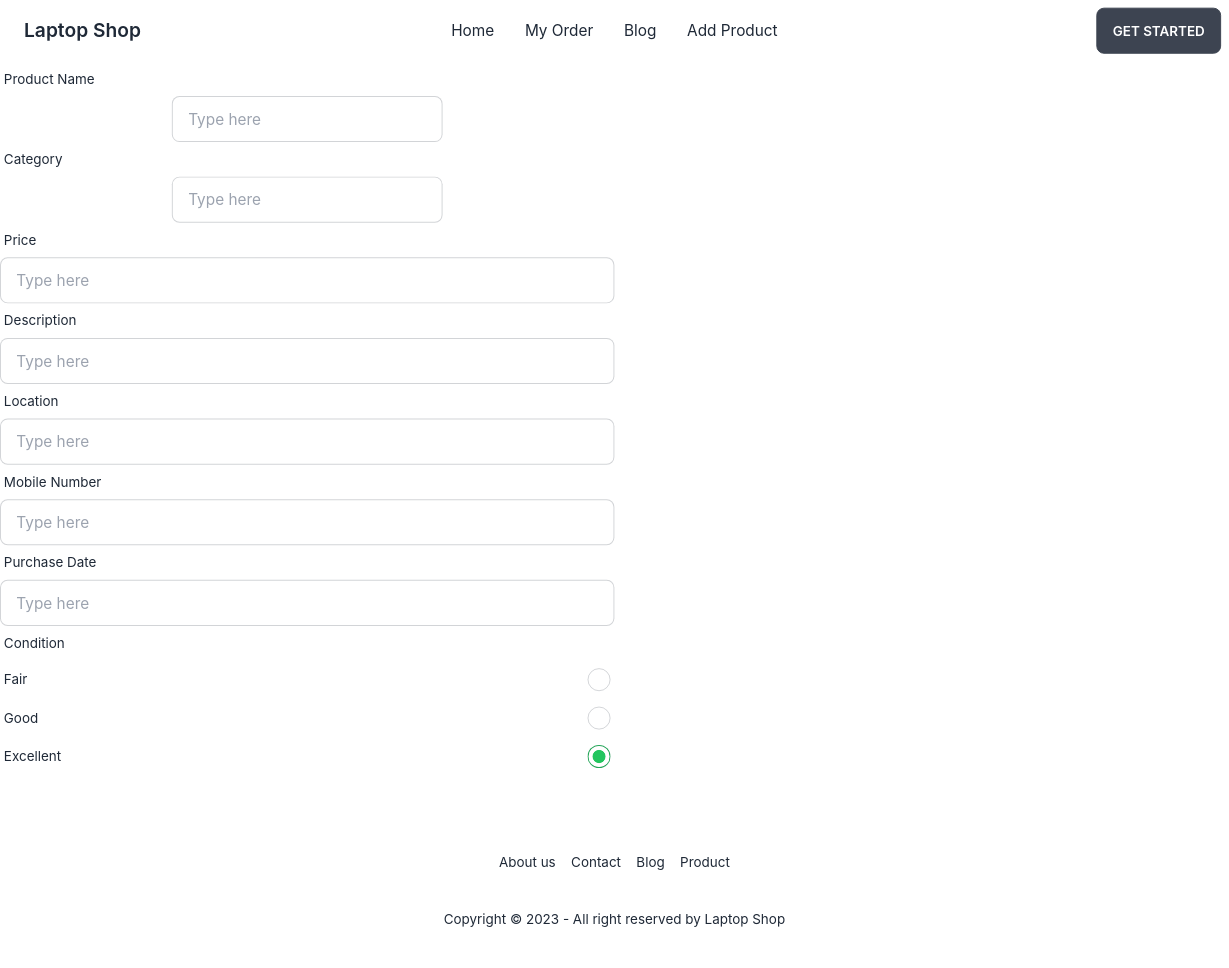
Repository: mdsajib50/E-commerce
Page: /add-product
An editor plug-in stored every save of this project. The page is shown before and after the next save, followed by the edit.
The browser window is 1280 px wide. The pictures show the whole page, at 96% of full size.
The project was rebuilt for these pictures with package versions that can differ from the ones it lists, and the page was loaded fresh each time. Also part of the build but not shown: src/Pages/Home/Banner/Banner.js, src/Pages/Home/Product/ProductCard.js, src/Pages/Home/Product/Product.js, src/Pages/Home/Home/Home.js.

Above is the page before, as saved 2023-01-11 23:11:25.

### src/App.js
import logo from './logo.svg';
import './App.css';
import { RouterProvider } from 'react-router';
import router from './Routes/Router';

function App() {
  return (
    <div className="App">
        <RouterProvider router={router}></RouterProvider>
    </div>
  );
}

export default App;

### src/Routes/Router.js
import React from 'react';
import { createBrowserRouter } from 'react-router-dom';
import Main from '../Layout/Main/Main';
import AddProduct from '../Pages/AddProduct/AddProduct';
import Home from '../Pages/Home/Home/Home';

const router = createBrowserRouter([
    {
        path: '/',
        element: <Main></Main>,
        children:[
            {
                path:'/',
                element:<Home></Home>
            },
            {
                path:'/home',
                element:<Home></Home>
            },
            {
                path: '/add-product',
                element: <AddProduct></AddProduct>
            }
        ]
    }
])

export default router;

### src/Layout/Main/Main.js
import React from 'react';
import { Outlet } from 'react-router';
import Footer from '../../Pages/Shared/Footer/Footer';
import Header from '../../Pages/Shared/Header/Header';

const Main = () => {
    return (
        <div>
            <Header></Header>
            <Outlet></Outlet>
            <Footer></Footer>
        </div>
    );
};

export default Main;

### src/Pages/AddProduct/AddProduct.js
import React from 'react';

const AddProduct = () => {
    return (
        <div className=''>
           <div className='grid grid-cols-1 mx-auto text-center md:grid-cols-2 justify-center'>
                <form>
                    <div>
                        <label className="label">
                            <span className="label-text">Product Name</span>
                        </label>
                        <input type="text" name='product_name' placeholder="Type here" className="input input-bordered" />
                    </div>
                    <div >
                        <label className="label">
                            <span className="label-text">Category</span>
                        </label>
                        <input type="text" name='category' placeholder="Type here" className="input input-bordered" />
                    </div>
                    <div className="form-control">
                        <label className="label">
                            <span className="label-text">Price</span>
                        </label>
                        <input type="text" name='price' placeholder="Type here" className="input input-bordered" />
                    </div>
                    <div className="form-control">
                        <label className="label">
                            <span className="label-text">Description</span>
                        </label>
                        <input type="text" name='description' placeholder="Type here" className="input input-bordered" />
                    </div>
                    <div className="form-control">
                        <label className="label">
                            <span className="label-text">Location</span>
                        </label>
                        <input type="text" name='location' placeholder="Type here" className="input input-bordered" />
                    </div>
                    <div className="form-control">
                        <label className="label">
                            <span className="label-text">Mobile Number</span>
                        </label>
                        <input type="text" name='mobile' placeholder="Type here" className="input input-bordered" />
                    </div>
                    <div className="form-control">
                        <label className="label">
                            <span className="label-text">Purchase Date </span>
                        </label>
                        <input type="text" name='date' placeholder="Type here" className="input input-bordered" />
                    </div>
                    <div className="form-control rounded-xl">
                    <label className="label">
                            <span className="label-text">Condition </span>
                        </label>
                        <div className="form-control">
                            <label className="label cursor-pointer">
                                <span className="label-text">Fair</span>
                                <input type="radio" value='fair' name="condition" className="radio checked:bg-red-500" checked />
                            </label>
                            </div>
                            <div className="form-control">
                            <label className="label cursor-pointer">
                                <span className="label-text">Good</span>
                                <input type="radio" value='good' name="condition" className="radio checked:bg-blue-500" checked />
                            </label>
                        </div>
                            <div className="form-control">
                            <label className="label cursor-pointer">
                                <span className="label-text">Excellent</span>
                                <input type="radio" value='excellent' name="condition" className="radio checked:bg-green-500" checked />
                            </label>
                        </div>
                    </div>
                    </form>
           </div>
        </div>
    );
};

export default AddProduct;

### src/Pages/Shared/Footer/Footer.js
import React from 'react';

const Footer = () => {
    return (
        <footer className="footer footer-center p-10 text-base-content rounded mt-10">
            <div className="grid grid-flow-col gap-4">
                <a className="link link-hover">About us</a>
                <a className="link link-hover">Contact</a>
                <a className="link link-hover">Blog</a>
                <a className="link link-hover">Product</a>
            </div>
            <div>
                <p>Copyright © 2023 - All right reserved by Laptop Shop</p>
            </div>
</footer>
    );
};

export default Footer;

### src/Pages/Shared/Header/Header.js
import React from 'react';
import { Link } from 'react-router-dom';

const Header = () => {
    return (
        <div className="navbar bg-base-100">
        <div className="navbar-start">
            <div className="dropdown">
            <label tabIndex={0} className="btn btn-ghost lg:hidden">
                <svg xmlns="http://www.w3.org/2000/svg" className="h-5 w-5" fill="none" viewBox="0 0 24 24" stroke="currentColor"><path strokeLinecap="round" strokeLinejoin="round" strokeWidth="2" d="M4 6h16M4 12h8m-8 6h16" /></svg>
            </label>
            <ul tabIndex={0} className="menu menu-compact dropdown-content mt-3 p-2 shadow bg-base-100 rounded-box w-52">
                <li><Link to='/home'>Home</Link></li>
                <li><Link to='/myorder'>My Order</Link></li>
                <li><Link to='/blog'>Blog</Link></li>
                <li><Link to='/add-product'>Add A Product</Link></li>
            </ul>
            </div>
            <a className="btn btn-ghost normal-case text-xl">Laptop Shop</a>
        </div>
        <div className="navbar-center hidden lg:flex">
            <ul className="menu menu-horizontal px-1">
                <li><Link to='/home'>Home</Link></li>
                <li><Link to='/myorder'>My Order</Link></li>
                <li><Link to='/blog'>Blog</Link></li>
                <li><Link to='/add-product'>Add Product</Link></li>
            </ul>
        </div>
        <div className="navbar-end">
            <a className="btn">Get started</a>
        </div>
</div>
    );
};

export default Header;

Loaded but not shown: src/index.js (common file); src/index.css (common file); src/reportWebVitals.js (common file); src/App.css (common file); tailwind.config.js (common file)

After the next save:
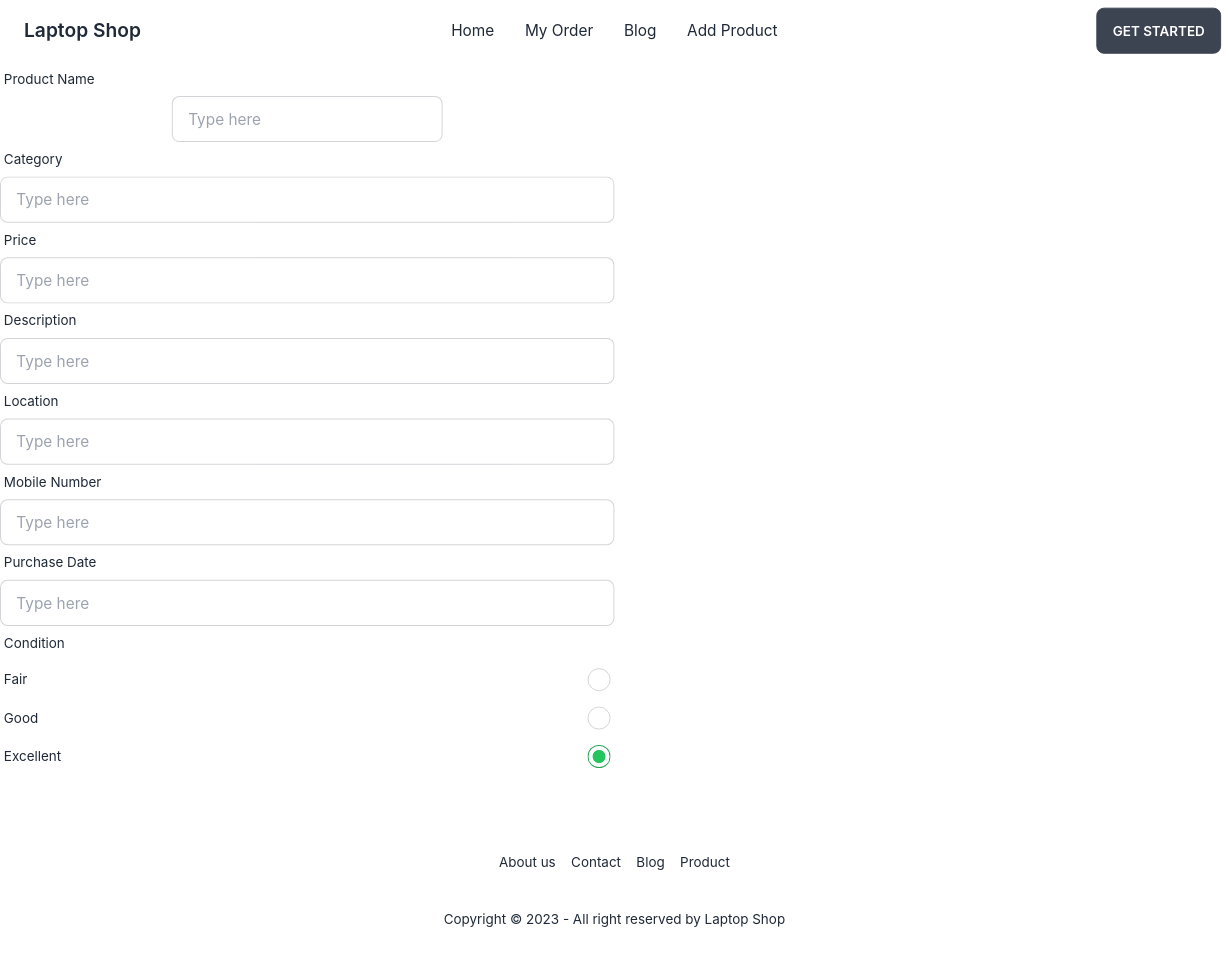
Saved 4 s later.
--- a/src/Pages/AddProduct/AddProduct.js
+++ b/src/Pages/AddProduct/AddProduct.js
@@ -11,7 +11,7 @@ const AddProduct = () => {
                         </label>
                         <input type="text" name='product_name' placeholder="Type here" className="input input-bordered" />
                     </div>
-                    <div >
+                    <div className="form-control">
                         <label className="label">
                             <span className="label-text">Category</span>
                         </label>
